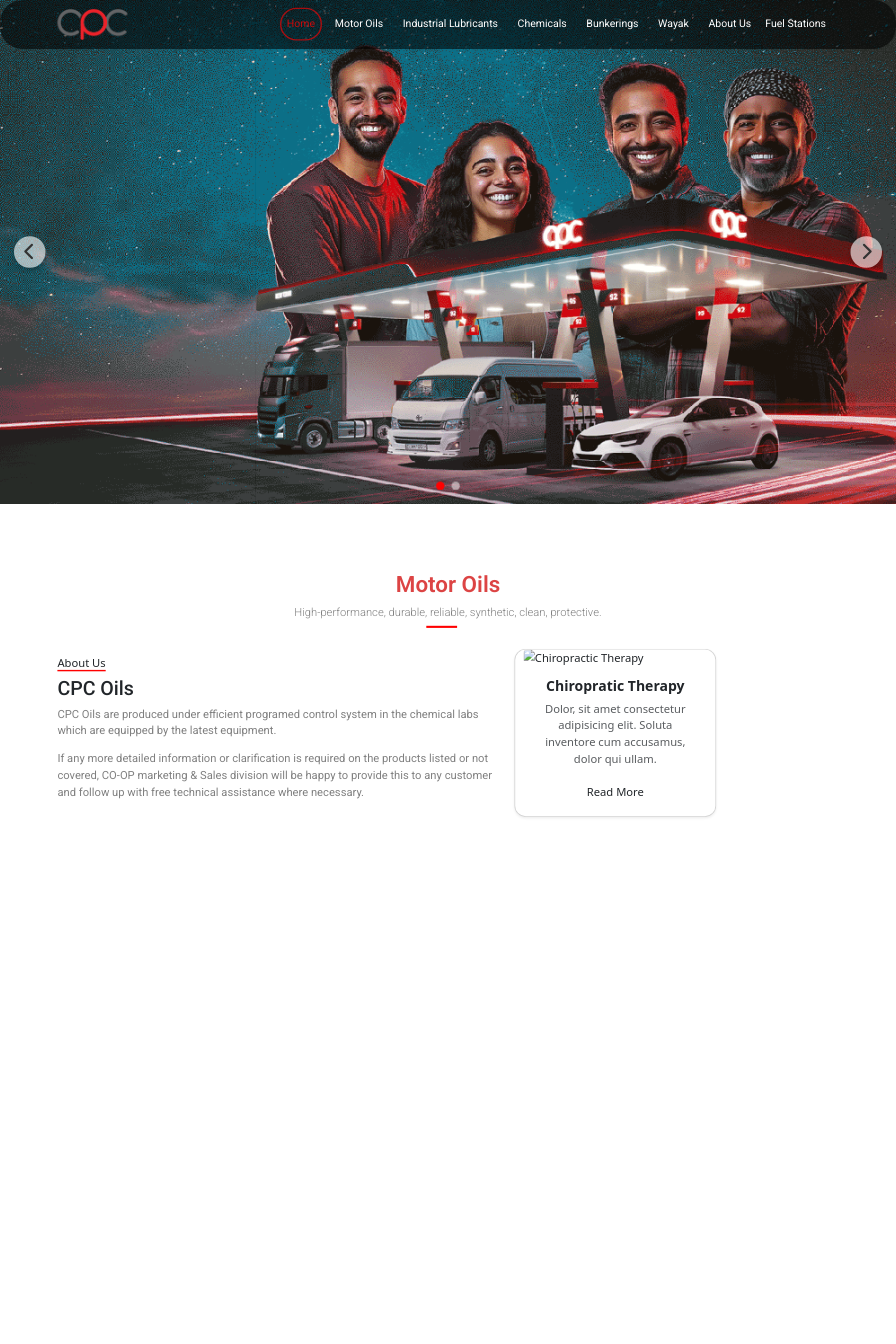
Repository: bodajava/CPC_1
Page: index.html
An editor plug-in stored every save of this project. The page is shown before and after the next save, followed by the edit.
The browser window is 1280 px wide. The pictures show the part of the page from y = 0 to 1920 px (the page is 2880 px tall), at 70% of full size.
Some web libraries are served in a nearby version.

Above is the page before, as saved 2025-07-07 19:54:10.
Not found: img/your-image.jpg

### index.html
<!DOCTYPE html>
<html lang="en">
  <head>
    <link rel="preconnect" href="https://fonts.googleapis.com" />
    <link rel="preconnect" href="https://fonts.gstatic.com" crossorigin />
    <link
      href="https://fonts.googleapis.com/css2?family=Roboto:ital,wght@0,100..900;1,100..900&display=swap"
      rel="stylesheet"
    />
    <link rel="stylesheet" href="css/style.css" />
    <link
      rel="stylesheet"
      href="node_modules/@fortawesome/fontawesome-free/css/all.min.css"
    />
    <link
      rel="stylesheet"
      href="node_modules/bootstrap/dist/css/bootstrap.min.css"
    />
    <meta charset="UTF-8" />
    <meta name="viewport" content="width=device-width, initial-scale=1.0" />
    <title>Document</title>
  </head>
  <body>
    <section id="Home" class="Home">
      <header>
        <!-- ============================header section================================== -->
        <div class="header-img">
          <div class="bg-slide"></div>

          <button id="prev" class="slider-arrow left">
            <i class="fas fa-chevron-left"></i>
          </button>
          <button id="next" class="slider-arrow right">
            <i class="fas fa-chevron-right"></i>
          </button>

          <div class="slider-dots">
            <span class="dot active" data-index="0"></span>
            <span class="dot" data-index="1"></span>
          </div>
        </div>
        <div class="slider-icon"></div>
      </header>

      <!-- =================================Home section======================================== -->
      <nav
        style="background-color: #00000091 !important"
        id="mainNavbar"
        class="navbar navbar-expand-lg bg-body-tertiary rounded-start-5 rounded-end-5"
      >
        <div class="container">
          <a class="navbar-brand" href="#">
            <img class="w-75 pe-5" src="img/logo.png" alt="" />
          </a>
          <button
            class="navbar-toggler"
            type="button"
            data-bs-toggle="collapse"
            data-bs-target="#navbarSupportedContent"
            aria-controls="navbarSupportedContent"
            aria-expanded="false"
            aria-label="Toggle navigation"
          >
            <span style="color: red !important" class="navbar-toggler-icon"
              ><i class=""></i
            ></span>
          </button>
          <div class="collapse navbar-collapse" id="navbarSupportedContent">
            <ul
              id="color-url"
              class="navbar-nav ml-auto mb-2 mb-lg-0 custom-nav"
            >
              <li class="nav-item">
                <a class="nav-link active me-2" href="#">Home</a>
              </li>

              <li class="nav-item">
                <a class="nav-link me-2" href="#Motor-Oils">Motor Oils</a>
              </li>
              <li class="nav-item">
                <a class="nav-link me-2" href="#">Industrial Lubricants</a>
              </li>
              <li class="nav-item">
                <a class="nav-link me-2" href="#">Chemicals</a>
              </li>
              <li class="nav-item">
                <a class="nav-link me-2" href="#">Bunkerings</a>
              </li>
              <li class="nav-item">
                <a class="nav-link me-2" href="#">Wayak</a>
              </li>

              <li class="nav-item">
                <a class="nav-link" href="#">About Us</a>
              </li>
              <li class="nav-item">
                <a class="nav-link me-2" href="#">Fuel Stations</a>
              </li>
            </ul>
          </div>
        </div>
      </nav>
    </section>

    <section class="pt-5" id="Motor-Oils">
      <div class="container">
        <div class="fonts">
          <div class="text-center pt-5 etxt foooont">
            <h2 class="h1-fonts">Motor Oils</h2>
            <p class="undeline_text text">
              High-performance, durable, reliable, synthetic, clean, protective.
            </p>
          </div>
        </div>

        <div class="row align-items-center mt-4">
          <!-- النص -->
          <div class="col-md-7">
            <div class="about-info">
              <div class="section-titel">
                <p class="mb-2 undeline_text-2">About Us</p>
                <h3 class="paragraoh">CPC Oils</h3>
              </div>
              <p style="color: gray" class="paragraoh">
                CPC Oils are produced under efficient programed control system
                in the chemical labs which are equipped by the latest equipment.
              </p>
              <p style="color: gray" class="paragraoh">
                If any more detailed information or clarification is required on
                the products listed or not covered, CO-OP marketing & Sales
                division will be happy to provide this to any customer and
                follow up with free technical assistance where necessary.
              </p>
            </div>
          </div>

          <!-- الصورة -->

          <div
            class="card custom-card shadow-sm rounded-4 overflow-hidden"
            style="width: 18rem"
          >
            <img
              src="img/your-image.jpg"
              class="card-img-top"
              alt="Chiropractic Therapy"
            />
            <div class="card-body text-center">
              <h5 class="card-title fw-bold text-dark">Chiropratic Therapy</h5>
              <p class="card-text text-muted">
                Dolor, sit amet consectetur adipisicing elit. Soluta inventore
                cum accusamus, dolor qui ullam.
              </p>
              <a href="#" class="btn btn-custom">Read More</a>
            </div>
          </div>
        </div>
      </div>
    </section>

    <script src="js/index.js"></script>
    <script src="node_modules/bootstrap/dist/js/bootstrap.bundle.js"></script>
  </body>
</html>

### css/style.css
/* ========== Reset ========== */
* {
  padding: 0;
  margin: 0;
  box-sizing: border-box;
}
body {
  height: 400vh;
}

:root {
  --font-family: Roboto, -apple-system, BlinkMacSystemFont, "Segoe UI",
    "Helvetica Neue", Arial, sans-serif, "Apple Color Emoji", "Segoe UI Emoji",
    "Segoe UI Symbol";
}

html {
  scroll-behavior: smooth;
}

/* ========== Header Image Section ========== */
.header-img {
  height: 100vh;
  position: relative;
  overflow: hidden;
  z-index: 1;
}

/* عنصر داخلي لتغيير الخلفية تدريجيًا */
.bg-slide {
  position: absolute;
  top: 0;
  left: 0;
  width: 100%;
  height: 100%;
  background-size: cover;
  background-position: center;
  background-repeat: no-repeat;
  transition: opacity 0.8s ease-in-out;
  opacity: 1;
  z-index: 0;
}

/* ========== Navbar ========== */
#mainNavbar {
  position: fixed;
  top: 0;
  left: 0;
  width: 100%;
  z-index: 10;
  transition: background-color 0.5s ease-in-out;
}

#color-url li a {
  color: white !important;
  font-size: 15px;
  line-height: 27px;
  font-weight: 400;
  font-family: var(--font-family);
}

.ml-auto {
  margin-left: auto !important;
}

/* تأثير hover و active */
#color-url .nav-link {
  color: white !important;
  border: 2px solid transparent;
  border-radius: 30px;
  transition: all 0.3s ease;
}

#color-url .nav-link:hover,
#color-url .nav-link.active {
  border: 2px solid #ff0000a5 !important;
  color: #ff0000c3 !important;
}

/* Navbar Toggler Button */
.navbar-toggler {
  border: none;
  background: transparent;
  width: 50px;
  height: 50px;
  display: flex;
  align-items: center;
  justify-content: center;
  border-radius: 50%;
  transition: all 0.3s ease;
}

/* Responsive Navbar */
@media (max-width: 991.98px) {
  #color-url .nav-link {
    display: block;
    width: 100%;
    text-align: center;
    padding: 14px 0 !important;
    border: 2px solid transparent;
    border-radius: 30px;
    color: white !important;
    transition: all 0.3s ease;
  }

  #color-url .nav-link:hover,
  #color-url .nav-link.active {
    border: 2px solid #e92020 !important;
    color: #d51c1c !important;
    background-color: rgba(233, 32, 32, 0.1);
  }

  .custom-nav .nav-item {
    border-bottom: 1px solid rgba(255, 255, 255, 0.08);
  }

  .custom-nav .nav-item:last-child {
    border-bottom: none;
  }
}

/* ========== Slider Arrows ========== */
.slider-arrow {
  position: absolute;
  top: 50%;
  transform: translateY(-50%);
  background: rgba(255, 255, 255, 0.6);
  border: none;
  font-size: 25px;
  color: #333;
  width: 45px;
  height: 45px;
  display: flex;
  align-items: center;
  justify-content: center;
  cursor: pointer;
  z-index: 2;
  border-radius: 50%;
  box-shadow: 0 4px 6px rgba(0, 0, 0, 0.2);
  transition: 0.3s;
}

.slider-arrow:hover {
  background: rgba(255, 255, 255, 0.8);
}

.slider-arrow.left {
  left: 20px;
}

.slider-arrow.right {
  right: 20px;
}

/* ========== Slider Dots ========== */
.slider-dots {
  position: absolute;
  bottom: 20px;
  left: 50%;
  transform: translateX(-50%);
  display: flex;
  gap: 10px;
  z-index: 2;
}

.dot {
  width: 12px;
  height: 12px;
  background-color: #fff;
  border-radius: 50%;
  opacity: 0.5;
  cursor: pointer;
  transition: 0.3s;
}

.dot.active {
  opacity: 1;
  background-color: red;
}

/* ================== Search Section Styling ================== */

.form-select {
  max-width: 600px;
  padding: 12px 20px;
  border-radius: 30px;
  border: 1px solid #ccc;
  font-size: 16px;
  font-family: "Roboto", sans-serif;
  background-color: white;
  color: #333;
  box-shadow: 0 4px 10px rgba(0, 0, 0, 0.1);
  transition: border-color 0.3s ease, box-shadow 0.3s ease;
  appearance: none;
  background-image: url("data:[embedded picture, 312 characters]");
  background-repeat: no-repeat;
  background-position: right 1.5rem center;
  background-size: 12px;
}

/* Hover & Focus */
.form-select:focus {
  border-color: #e92020;
  box-shadow: 0 0 0 3px rgba(233, 32, 32, 0.2);
  outline: none;
}

.h1-fonts {
  font-weight: 600 !important;
  color: #d51c1cd2;
  font-family: var(--font-family);
}

.undeline_text {
  position: relative;
  display: inline-block;
}

.undeline_text::after {
  content: "";
  position: absolute;
  left: 43%;
  bottom: -10px;
  width: 10%;
  height: 3px;
  background-color: #ff0000;
  display: flex;
}

.text {
  font-weight: 340;
  color: gray;
  font-family: var(--font-family);
}

.undeline_text-2 {
  position: relative;
  display: inline-block;
}

.undeline_text-2::after {
  content: "";
  position: absolute;
  left: 0;
  bottom: 0;
  width: 100%;
  height: 2px;
  background-color: #ff0000;
  display: flex;
}

.paragraoh {
  font-family: var(--font-family);
}

### js/index.js
const images = [
  "img/1739020009_iii%20copy.png",
  "img/1739296959_476190554_122110456322727096_4814193811120753855_n.jpg",
];

let currentIndex = 0;
const bgSlide = document.querySelector(".bg-slide");
const dots = document.querySelectorAll(".dot");

function showImage(index) {
  // Fade out
  bgSlide.style.opacity = 0;

  setTimeout(() => {
    // تغيير الخلفية بعد fade
    bgSlide.style.backgroundImage = `url(${images[index]})`;

    // Fade in
    bgSlide.style.opacity = 1;

    // تحديث النقاط
    dots.forEach((dot) => dot.classList.remove("active"));
    document
      .querySelector(`.dot[data-index="${index}"]`)
      .classList.add("active");
  }, 400);
}

document.getElementById("next").addEventListener("click", () => {
  currentIndex = (currentIndex + 1) % images.length;
  showImage(currentIndex);
});

document.getElementById("prev").addEventListener("click", () => {
  currentIndex = (currentIndex - 1 + images.length) % images.length;
  showImage(currentIndex);
});

dots.forEach((dot) => {
  dot.addEventListener("click", () => {
    currentIndex = parseInt(dot.dataset.index);
    showImage(currentIndex);
  });
});

// Initial load
showImage(currentIndex);

setInterval(() => {
  currentIndex = (currentIndex + 1) % images.length;
  showImage(currentIndex);
}, 5000);

Loaded but not shown: node_modules/@fortawesome/fontawesome-free/css/all.min.css (library); node_modules/bootstrap/dist/css/bootstrap.min.css (library)

After the next save:
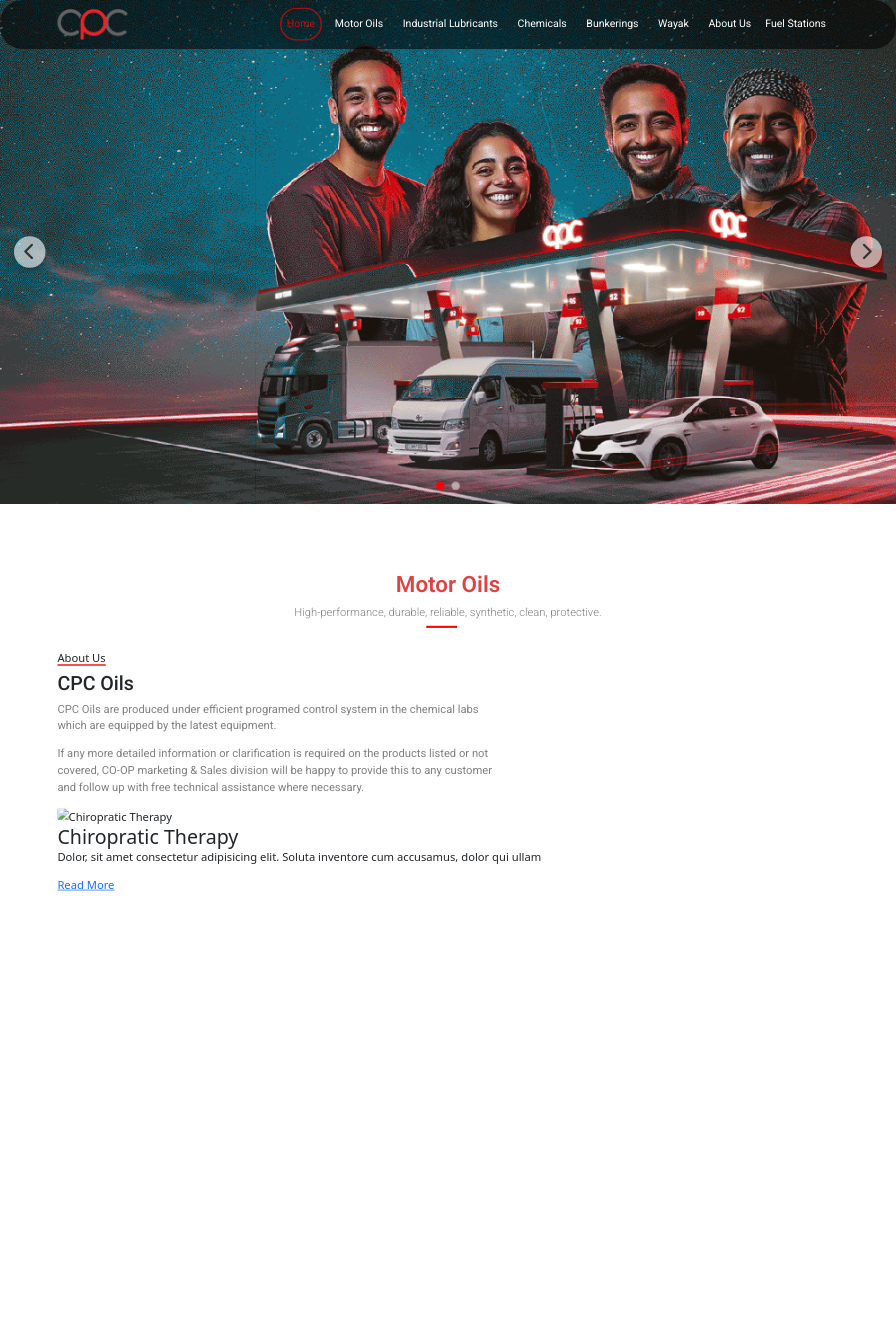
Saved 45 s later.
--- a/index.html
+++ b/index.html
@@ -136,22 +136,19 @@
 
           <!-- الصورة -->
 
-          <div
-            class="card custom-card shadow-sm rounded-4 overflow-hidden"
-            style="width: 18rem"
-          >
+          <div class="custom-card">
             <img
               src="img/your-image.jpg"
-              class="card-img-top"
-              alt="Chiropractic Therapy"
+              alt="Chiropratic Therapy"
+              class="card-img"
             />
-            <div class="card-body text-center">
-              <h5 class="card-title fw-bold text-dark">Chiropratic Therapy</h5>
-              <p class="card-text text-muted">
+            <div class="card-body">
+              <h3 class="card-title">Chiropratic Therapy</h3>
+              <p class="card-text">
                 Dolor, sit amet consectetur adipisicing elit. Soluta inventore
-                cum accusamus, dolor qui ullam.
+                cum accusamus, dolor qui ullam
               </p>
-              <a href="#" class="btn btn-custom">Read More</a>
+              <a href="#" class="card-btn">Read More</a>
             </div>
           </div>
         </div>
